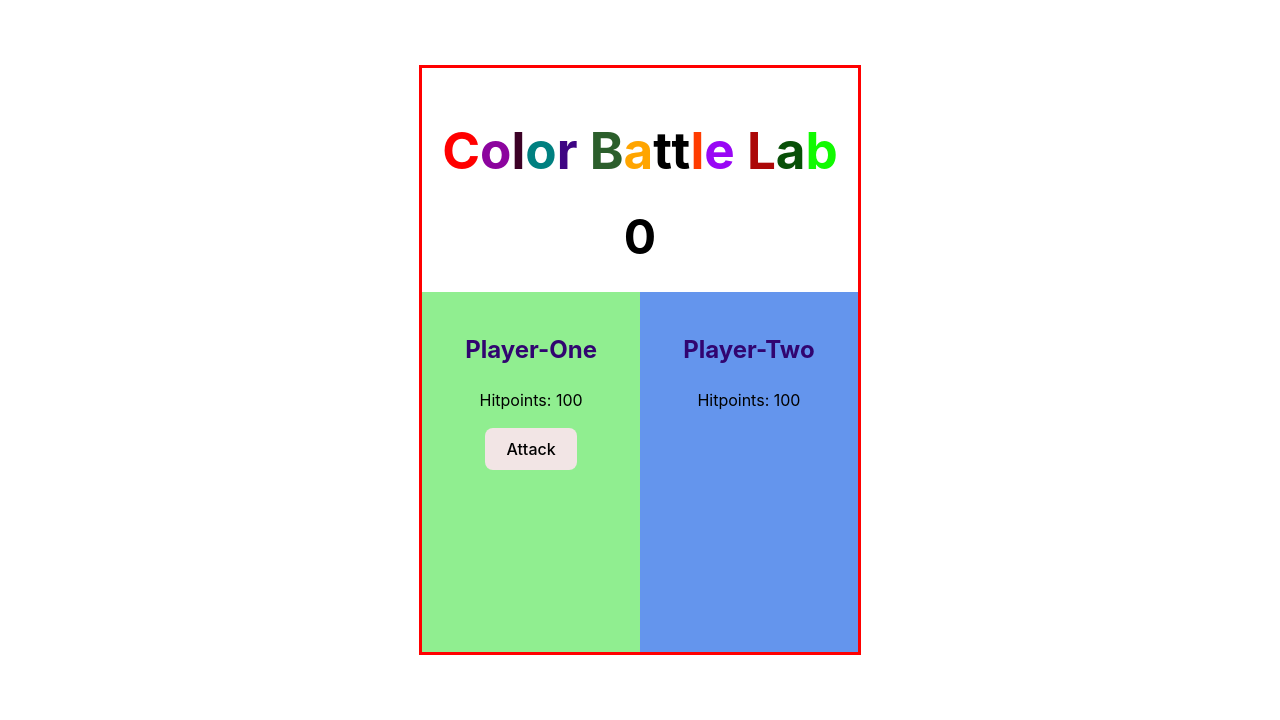
Repository: RAWdevX21/color-battle_lab-build
Page: /
These files come from the project's save history. The page is drawn as it stood at one moment and after the next save; the edit follows.
The browser window is 1280 px wide. The pictures show the whole page.
The project was rebuilt for these pictures with package versions that can differ from the ones it lists, and the page was loaded fresh each time. Also part of the build but not shown: vite.config.js.

Above is the page before, as saved 2023-08-17 05:41:38.

### index.html
<!doctype html>
<html lang="en">
  <head>
    <meta charset="UTF-8" />
    <link rel="icon" type="image/svg+xml" href="/vite.svg" />
    <meta name="viewport" content="width=device-width, initial-scale=1.0" />
    <title>Color Battle</title>
  </head>
  <body>
    <div id="root"></div>
    <script type="module" src="/src/main.jsx"></script>
  </body>
</html>

### src/App.jsx
import { useState } from "react";
import GameBanner from "./Components/GameBanner";
import Player from "./Components/PlayerInfo";
import "./App.css";

export default function App() {

  const [player1, setPlayer1] = useState({
    name: "Player-One",
    color: "lightgreen",
    hitpoints: 100,
    turn: true
  });

  const [player2, setPlayer2] = useState({
    name: "Player-Two",
    color: "cornflowerblue",
    hitpoints: 100,
    turn: false
  });

  const [dice, setDice] = useState(0);

  const handleAttack = (attacker, defender, setAttacker, setDefender) => {
    const damage = Math.floor(Math.random() * 6) + 1;
    setDice(damage);

    const updatedDefender = {
      ...defender,
      hitpoints: defender.hitpoints - damage
    };
    const updatedAttacker = { ...attacker, turn: false };

    setDefender(updatedDefender);
    setAttacker(updatedAttacker);

    // Switch turns
    if (attacker === player1) {
      setPlayer2({ ...player2, turn: true });
    } else {
      setPlayer1({ ...player1, turn: true });
    }


    if (updatedDefender.hitpoints <= 0) {
      alert(`${attacker.name} wins!`);
    }
  };

  return (
    <div className="game-board">
      <GameBanner damagePoints={dice} />

      <div className="players-container">
        <div className="player-wrapper">
          <Player
            player={player1}
            onAttack={() =>
              handleAttack(player1, player2, setPlayer1, setPlayer2)
            }
          />
        </div>
        <div className="player-wrapper">
          <Player
            player={player2}
            onAttack={() =>
              handleAttack(player2, player1, setPlayer2, setPlayer1)
            }
          />
        </div>
      </div>
    </div>
  );
}

### src/index.css
:root {
  font-family: Inter, system-ui, Avenir, Helvetica, Arial, sans-serif;
  line-height: 1.5;
  font-weight: 400;

  color-scheme: light dark;
  background-color: #242424;

}

body {
  margin: 0;
  display: flex;
  place-items: center;
  min-width: 320px;
  min-height: 100vh;
}

h1 {
  font-size: 3.2em;
  line-height: 1.1;
}

button {
  border-radius: 8px;
  border: 1px solid transparent;
  padding: 0.6em 1.2em;
  font-size: 1em;
  font-weight: 500;
  font-family: inherit;
  background-color: #1a1a1a;
  cursor: pointer;
  transition: border-color 0.25s;
}
button:hover {
  border-color: #646cff;
}
button:focus,
button:focus-visible {
  outline: 4px auto -webkit-focus-ring-color;
}

@media (prefers-color-scheme: light) {
  :root {
    background-color: #ffffff;
  }

  button {
    background-color: #ffffff;
  }
}

### src/Components/GameBanner.jsx
import './GameBanner.css';
import Die from "./Die";

const GameBanner = ({ damagePoints }) => {
    return (
      <div className="banner">
        <h1>
          <span className="banner--c">C</span>
          <span className="banner--o">o</span>
          <span className="banner--l">l</span>
          <span className="banner--o2">o</span>
          <span className="banner--r">r</span>
          &nbsp;
          <span className="banner--b">B</span>
          <span className="banner--a">a</span>
          <span className="banner--t">t</span>
          <span className="banner--t">t</span>
          <span className="banner--l2">l</span>
          <span className="banner--e">e</span>
          &nbsp;
          <span className="banner--l3">L</span>
          <span className="banner--a2">a</span>
          <span className="banner--b2">b</span>
        </h1>
        <div className="damage-points">
          <Die value={damagePoints} />
        </div>
      </div>
    );
}

export default GameBanner;

### src/Components/PlayerInfo.jsx
import "./PlayerInfo.css";

const Player = ({ player, onAttack }) => {
  return (
    <div className="player" style={{ backgroundColor: player.color }}>
      <h2>{player.name}</h2>
      <p>Hitpoints: {player.hitpoints}</p>
      {player.turn && (
        <button className="attack-button" onClick={onAttack}>
          Attack
        </button>
      )}
    </div>
  );
};

export default Player;

### src/App.css
#root {
  margin: 0 auto;
  text-align: center;
  border: 3px solid red;
}

h2 {
  color: rgb(49, 5, 112);
}

.players-container {
  display: flex;
  align-items: stretch;
}

.player-wrapper {
  flex: 1;
  height: 50vh !important;
  min-height: 50vh !important;
  box-sizing: border-box;
  overflow: hidden !important;
}

### src/Components/GameBanner.css
.banner {
    text-align: center;
    padding: 20px;
    background-color: #ffffff;
    color: black;
}

.damage-points {
    margin-top: 10px;
    font-size: 6rem;
}

.banner h1 span.banner--c { color: red; }
.banner h1 span.banner--o { color: rgb(140, 4, 158); }
.banner h1 span.banner--l { color: rgb(60, 1, 38); }
.banner h1 span.banner--o2 { color: teal; }
.banner h1 span.banner--r { color: rgb(62, 5, 131); }
.banner h1 span.banner--b { color: rgb(43, 94, 43); }
.banner h1 span.banner--a { color: orange; }
.banner h1 span.banner--t { color: black; }
.banner h1 span.banner--l2 { color: rgb(255, 60, 0); }
.banner h1 span.banner--e { color: rgb(153, 7, 245); }
.banner h1 span.banner--l3 { color: rgb(172, 8, 8); }
.banner h1 span.banner--a2 { color: rgb(8, 80, 8); }
.banner h1 span.banner--b2 { color: rgb(17, 250, 1); }

### src/Components/Die.jsx
import "./Die.css";

const Die = ({ value }) => {
  return <div className="die-container">{value}</div>;
};

export default Die;

### src/Components/PlayerInfo.css
div.player {
    height: 30rem;
    overflow: hidden;
}

.player {
    padding: 20px;
    box-sizing: border-box;
    background-color: #f5f5f5;
}

.attack-button {
    padding: 10px 20px;
    background-color: rgb(242, 229, 229);
    color: black;
    cursor: pointer;
}

### src/Components/Die.css
.die {
    text-align: center;
    font-size: 20px;
    margin-top: 20px;
}

.die-container {
    width: 50px;
    height: 50px;
    /* border: 2px solid black; */
    /* border-radius: 8px; */
    display: flex;
    align-items: center;
    justify-content: center;
    font-size: 3rem;
    font-weight: bold;
    margin: 10px auto;
}

Loaded but not shown: src/main.jsx (common file)

After the next save:
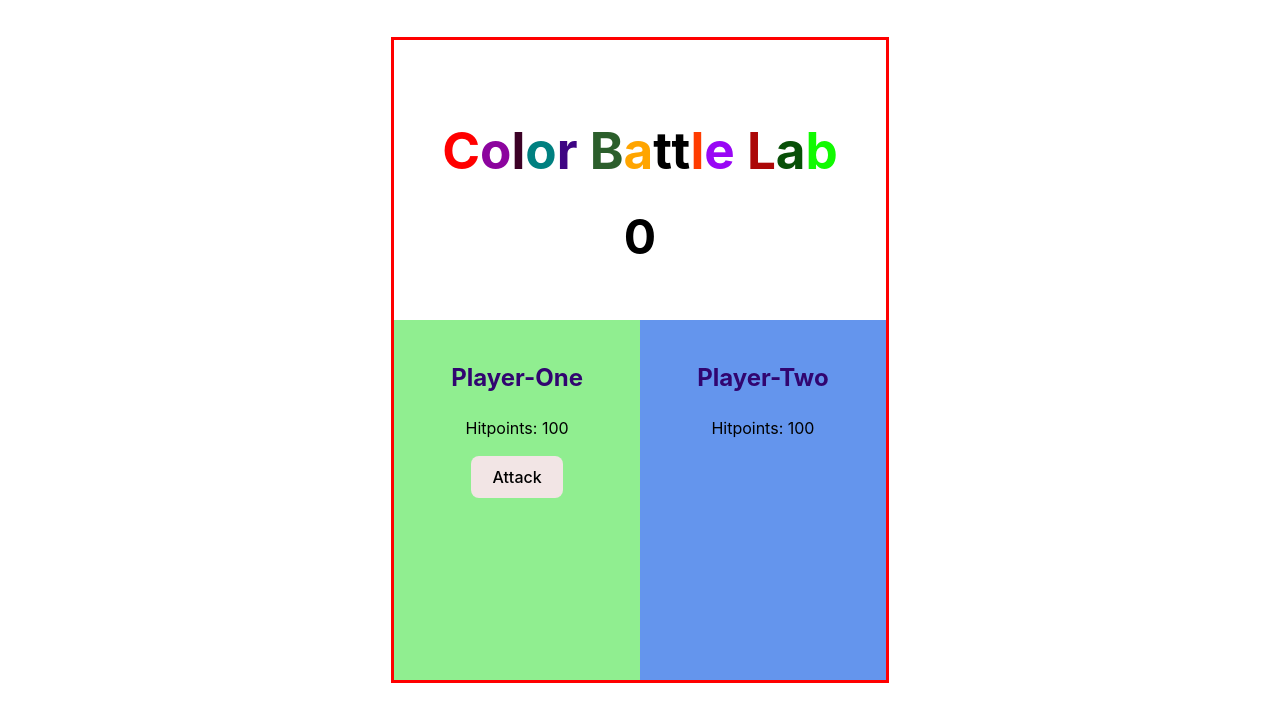
Saved 29 s later.
--- a/src/Components/GameBanner.css
+++ b/src/Components/GameBanner.css
@@ -1,6 +1,6 @@
 .banner {
     text-align: center;
-    padding: 20px;
+    padding: 3rem;
     background-color: #ffffff;
     color: black;
 }
